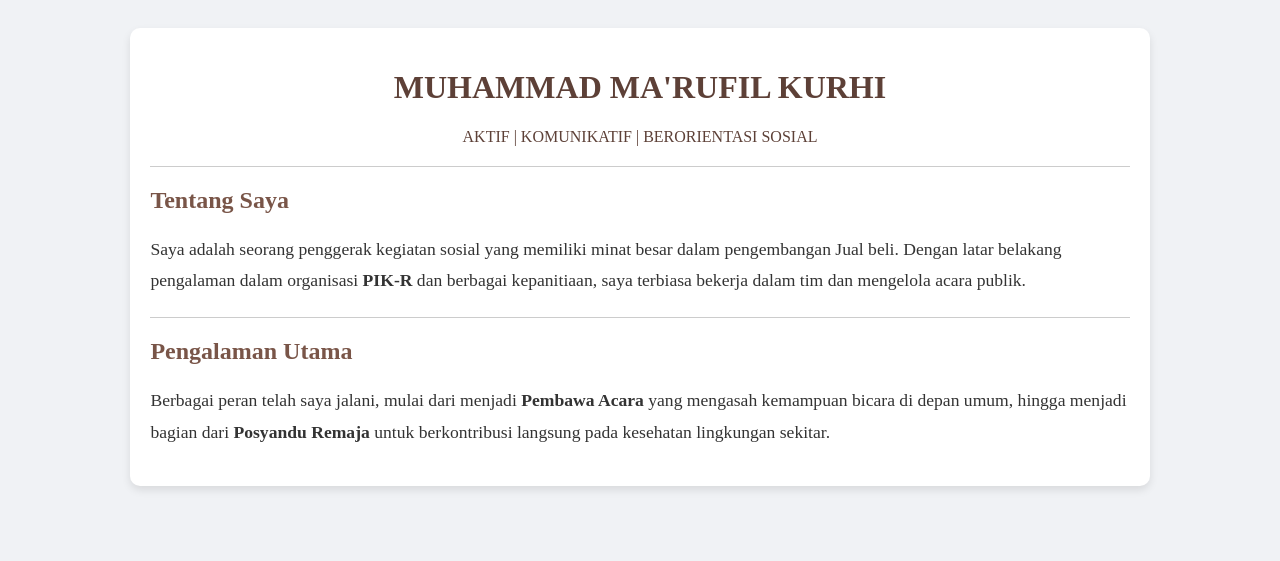
Repository: rufi1126/241552010002-Web-Application-Development
Page: p-2/latihan2.html
An editor plug-in stored every save of this project. The page is shown before and after a run of saves, followed by the edit.
The browser window is 1280 px wide. The pictures show the whole page.

Above is the page before, as saved 2026-02-27 17:34:34.

### p-2/latihan2.html
<!DOCTYPE html>
<html lang="id">
<head>
    <meta charset="UTF-8">
    <meta name="viewport" content="width=device-width, initial-scale=1.0">
    <title>Halaman Personal - Muhammad Ma'rufil Kurhi</title>
    <style>
        /* Menggunakan Class untuk styling umum */
        .container {
            width: 80%;
            margin: auto;
            background-color: #ffffff;
            padding: 20px;
            border-radius: 10px;
            box-shadow: 0px 4px 8px rgba(0,0,0,0.1);
        }

        /* Menggunakan ID untuk elemen spesifik */
        #main-header {
            text-align: center;
            color: #5d4037;
            text-transform: uppercase;
        }

        .section-title {
            color: #795548;
            margin-top: 20px;
        }

        .description {
            font-size: 1.1em;
            color: #333;
            line-height: 1.8;
        }

        hr {
            border: 0;
            height: 1px;
            background: #ccc;
            margin: 20px 0;
        }
    </style>
</head>
<body style="background-color: #f0f2f5; padding: 20px;">

    <div class="container">

        <header id="main-header">
            <h1>Muhammad Ma'rufil Kurhi</h1>
            <p>Aktif | Komunikatif | Berorientasi Sosial</p>
        </header>

        <hr> <div id="about-me" class="content-section">
            <h2 class="section-title">Tentang Saya</h2>
            <p class="description">
                Saya adalah seorang penggerak kegiatan sosial yang memiliki minat besar dalam pengembangan Jual beli.
                Dengan latar belakang pengalaman dalam organisasi <strong>PIK-R</strong> dan berbagai kepanitiaan,
                saya terbiasa bekerja dalam tim dan mengelola acara publik.
            </p>
        </div>

        <hr>

        <div id="experience" class="content-section">
            <h2 class="section-title">Pengalaman Utama</h2>
            <p class="description">
                Berbagai peran telah saya jalani, mulai dari menjadi <strong>Pembawa Acara</strong> yang mengasah
                kemampuan bicara di depan umum, hingga menjadi bagian dari <strong>Posyandu Remaja</strong>
                untuk berkontribusi langsung pada kesehatan lingkungan sekitar.
            </p>
        </div>

    </div>

</body>
</html>

After the next 6 saves:
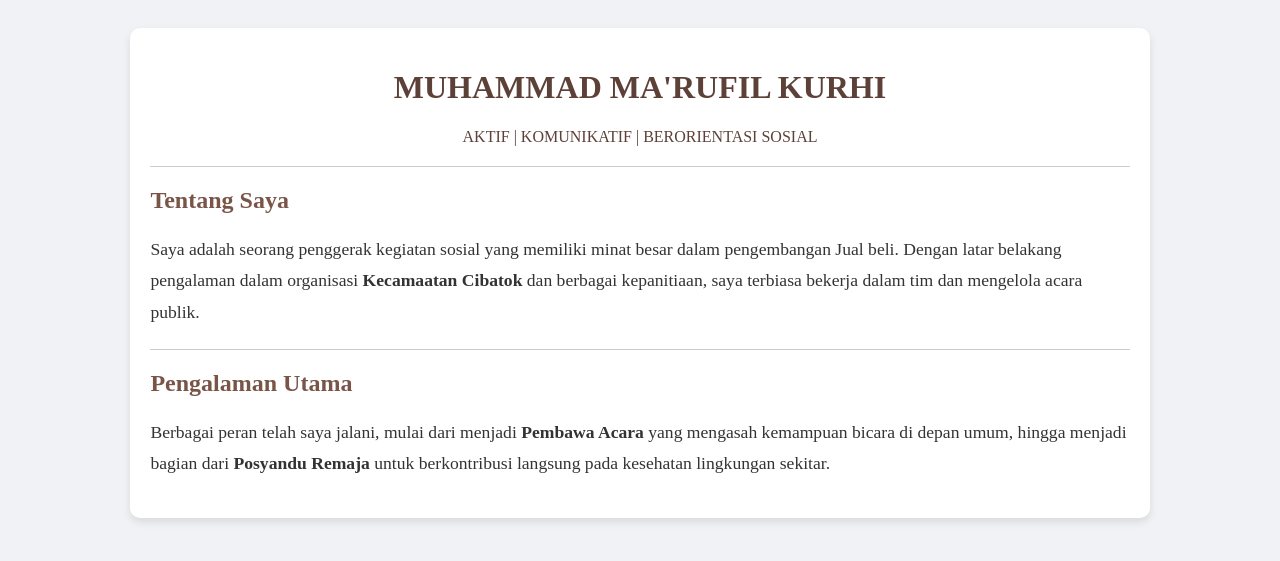
The 6 saves are shown as one change because they came seconds apart.
The last was saved 19 s later.
--- a/p-2/latihan2.html
+++ b/p-2/latihan2.html
@@ -54,7 +54,7 @@
             <h2 class="section-title">Tentang Saya</h2>
             <p class="description">
                 Saya adalah seorang penggerak kegiatan sosial yang memiliki minat besar dalam pengembangan Jual beli.
-                Dengan latar belakang pengalaman dalam organisasi <strong>PIK-R</strong> dan berbagai kepanitiaan,
+                Dengan latar belakang pengalaman dalam organisasi <strong>Kecamaatan Cibatok</strong> dan berbagai kepanitiaan,
                 saya terbiasa bekerja dalam tim dan mengelola acara publik.
             </p>
         </div>
